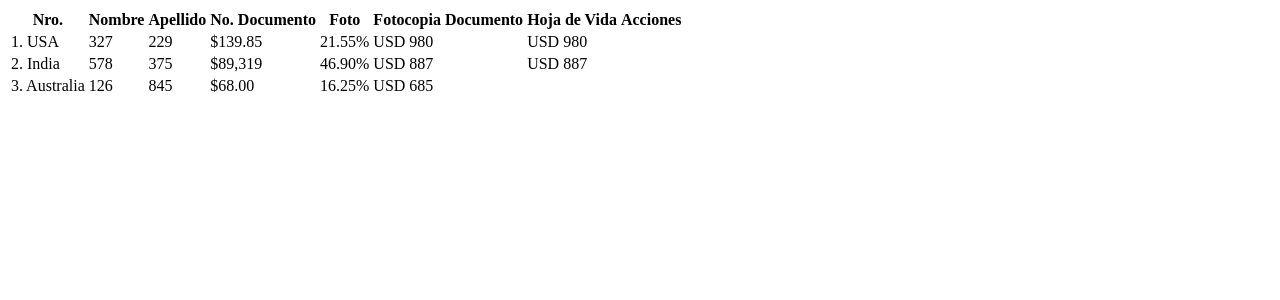
Repository: DA5CH25/kohaku_php
Page: http://localhost/kohaku_php/views/modules/document.php
An editor plug-in stored every save of this project. The page is shown before and after the next save, followed by the edit.
The browser window is 1280 px wide. The pictures show the whole page.
The page is run by PHP 8.4 with error messages shown; the project is at /var/www/html/.

Above is the page before, as saved 2021-05-22 17:20:59.

After the next save:
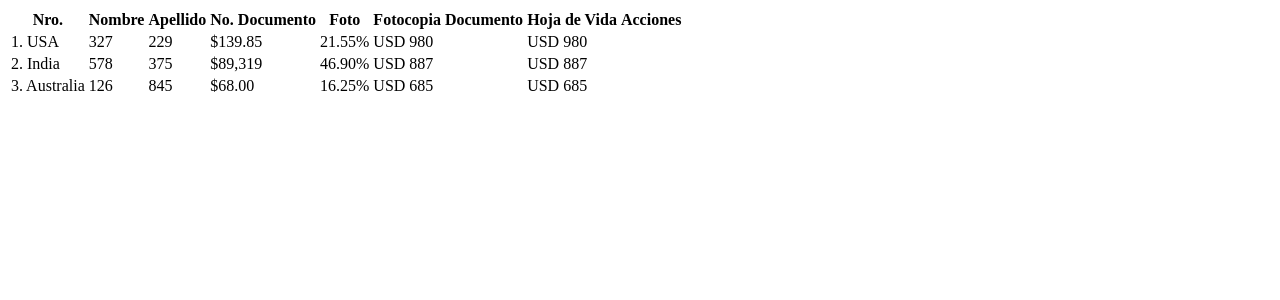
Saved 8 s later.
--- a/views/modules/document.php
+++ b/views/modules/document.php
@@ -66,6 +66,7 @@
 												<td>$68.00</td>
 												<td>16.25%</td>
 												<td>USD 685</td>
+                                                <td>USD 685</td>
 												<td>
 													<div class="td-actions">
 														<a href="#" class="icon red" data-toggle="tooltip" data-placement="top" title="Add Row">
